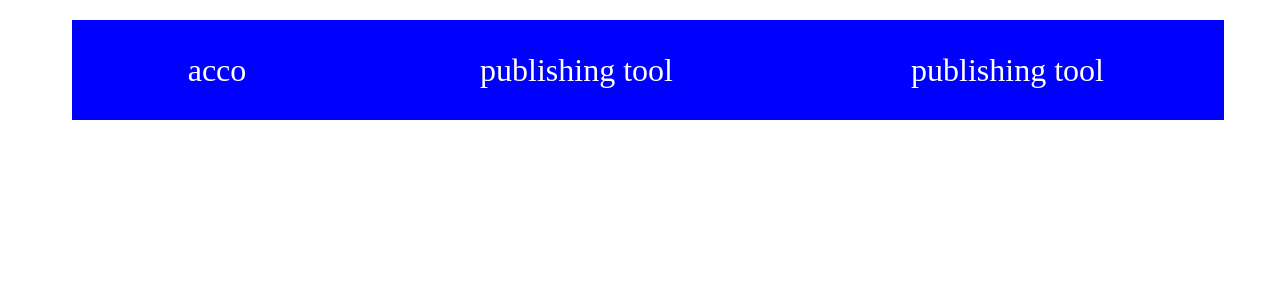
Repository: wimkinnet/Acco_Publish
Page: index.html
The author's editor kept a record of every edit. The page is drawn from the files as they stood at one moment, then again after the next edit.
The browser window is 1280 px wide. The pictures show the whole page.

Above is the page before.

### index.html
<!DOCTYPE html>
<html>
  <head>
    <title>Publish Tool - Main page</title>
    <meta charset = "utf-8">
    <style>
      .page-header {
        width: 90vw;
        margin: 20px 5vw 20px 5vw;
        background: blue;
        height: 100px;
      }
      .page-header table {
        width: 100%;
        height: 100%;
      }
      .page-header td {
        display: table-cell;
        height: 100%;
        color: white;
        font-size: 2rem;
        text-align: center;
        vertical-align: middle;
      }
      .page-header a {
        text-decoration: none;
        color: white;
      }
    </style>
  </head>
  <body>
    <div class="page-header">
      <table>
        <tr>
          <td width="25%">
            <a href="http://www.acco.be" target="_blank" >acco</a>
          </td>
          <td width: 50%>
            publishing tool
          </td>
          <td width: 25%>
            publishing tool
          </td>
        </tr>
      </table>
    </div>
  </body>
</html>

After the next edit:
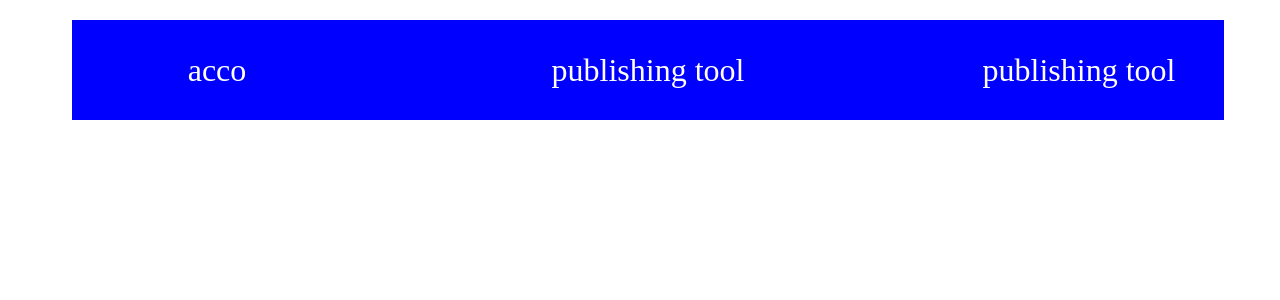
The edit:
--- a/index.html
+++ b/index.html
@@ -35,7 +35,7 @@
           <td width="25%">
             <a href="http://www.acco.be" target="_blank" >acco</a>
           </td>
-          <td width: 50%>
+          <td width="50%">
             publishing tool
           </td>
           <td width: 25%>
